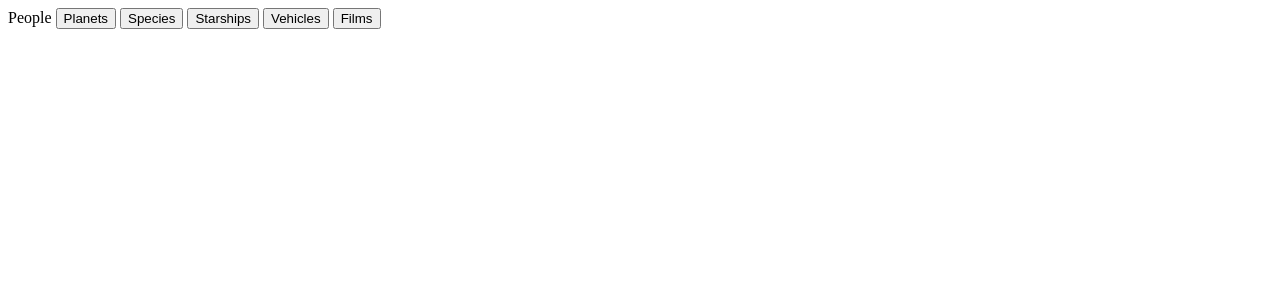
Repository: DCoppinger/external-resources
Page: index.html
The author's editor kept a record of every edit. The page is drawn from the files as they stood at one moment, then again after the next edit.
The browser window is 1280 px wide. The pictures show the whole page.

Above is the page before.

### index.html
<!DOCTYPE html>
<html lang="en">

<head>
    <title>AJAX Test</title>
    <script type="text/javascript" src="main.js"></script>
</head>

<body>
    <buttonon click="writeToDocument('people')">People</button>
        <button click="writeToDocument('Planets')">Planets</button>
        <button click="writeToDocument('Species')">Species</button>
        <button click="writeToDocument('Starships')">Starships</button>
        <button click="writeToDocument('Vehicles')">Vehicles</button>
        <button click="writeToDocument('Films')">Films</button>
        <div id="data"></div>
</body>

</html>

### main.js
const baseURL = "https://swapi.co/api/";

function getData(type, cb) {
    var xhr = new XMLHttpRequest();

    xhr.open("GET", baseURL + type + "/");
    xhr.send();



    xhr.onreadystatechange = function() {
        if (this.readyState == 4 && this.status == 200) {
            cb(JSON.parse(this.responseText));
        }
    };
}

// function printDataToConsole(data){
//     console.log(data);
// }

// getData(printDataToConsole);

function getTableHeaders(obj) {
    var tableHeaders = [];

    Object.keys(obj).forEach(function(key) {
        tableHeaders.push(`<td>${key}</td>`);
    });

    return `<tr>${tableHeaders}</tr>`;
}

function writeToDocument(type) {
    var tableRows = [];
    var el = document.getElementById("data");
    el.innerHTML = "";

    getData(type, function(data) {
        // console.dir(data);
        data = data.results;
        var tableHeaders = getTableHeaders(data[0]);

        data.forEach(function(item) {
            var dataRow = [];

            Object.keys(item).forEach(function(key) {
                dataRow.push(`<td>${item[key]}</td>`);
                // console.log(key);
            });
            //el.innerHTML += "<p>" + item.name + "</p>";
            tableRows.push(`<tr>${dataRow}</tr>`);
        });

        el.innerHTML = `<table>${tableHeaders}${tableRows}</table>`;
    });
}

After the next edit:
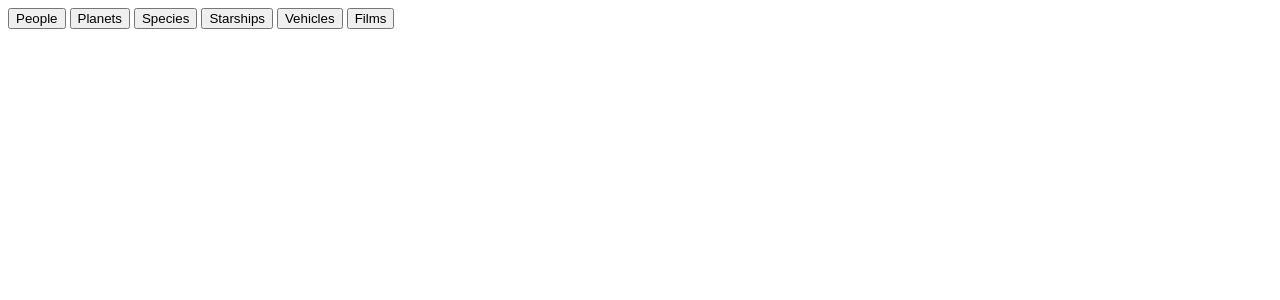
The edit:
--- a/index.html
+++ b/index.html
@@ -7,13 +7,13 @@
 </head>
 
 <body>
-    <buttonon click="writeToDocument('people')">People</button>
-        <button click="writeToDocument('Planets')">Planets</button>
-        <button click="writeToDocument('Species')">Species</button>
-        <button click="writeToDocument('Starships')">Starships</button>
-        <button click="writeToDocument('Vehicles')">Vehicles</button>
-        <button click="writeToDocument('Films')">Films</button>
-        <div id="data"></div>
+    <button onclick="writeToDocument('people')">People</button>
+    <button click="writeToDocument('Planets')">Planets</button>
+    <button click="writeToDocument('Species')">Species</button>
+    <button click="writeToDocument('Starships')">Starships</button>
+    <button click="writeToDocument('Vehicles')">Vehicles</button>
+    <button click="writeToDocument('Films')">Films</button>
+    <div id="data"></div>
 </body>
 
 </html>
